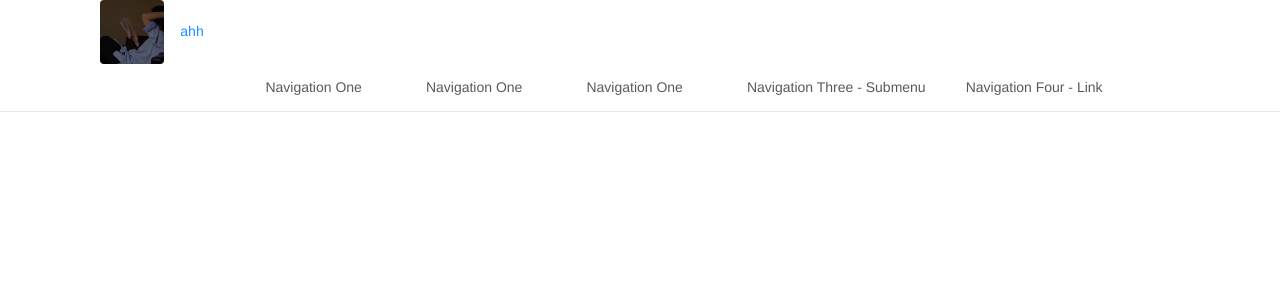
Repository: GitDjAr/blog
Page: / (app in myblog/)
The author's editor kept a copy of each file at every save. The page is drawn from the files as they stood at one save, then again after the next save.
The browser window is 1280 px wide. The pictures show the whole page.
The project was rebuilt for these pictures with package versions that can differ from the ones it lists, and the page was loaded fresh each time. Also part of the build but not shown: myblog/webpack.config.js. Imported but missing from the stored project, and not drawn on this page: myblog/src/store/getters.

Above is the page before, as saved 2020-12-27 16:48:18.

After the next save:
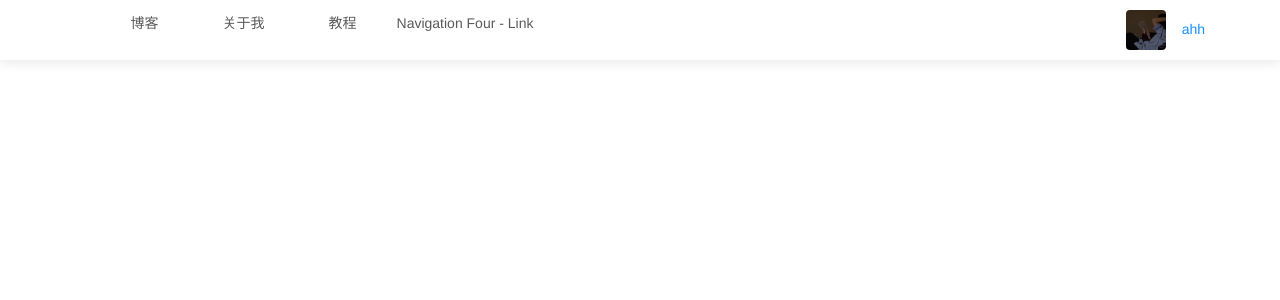
Saved 2 h 8 min later.
--- a/myblog/src/views/header/header.vue
+++ b/myblog/src/views/header/header.vue
@@ -1,26 +1,23 @@
 <!--  -->
 <template>
 <div class="header-x">
-  <a-row>
-    <a-col :span="6" xl='0'>
-      <a-avatar shape="square" :src='userimg' :size="64" icon="user" />
-      <a-button type="link">
-      {{name}}
-      </a-button>
-    </a-col>
-    <a-col :span="12" :offset='6' :xl='{offset:0,span:24}' >
-      <a-menu v-model="current" mode="horizontal">
-        <a-menu-item key="blog"> <a-icon type="mail" /></a-menu-item>
-        <a-menu-item key="mail"> <a-icon type="mail" />Navigation One </a-menu-item>
-        <a-menu-item key="mail"> <a-icon type="mail" />Navigation One </a-menu-item>
-        <a-menu-item key="mail"> <a-icon type="mail" />Navigation One </a-menu-item>
+  <a-row align='middle' type='flex' justify='space-between'>
+    <a-col
+    :lg="{span:'12'}"
+    span='2'
+    class="ul_flat"
+    >
+      <a-menu v-model="current" mode="horizontal"
+      @click='titleClick '>
+        <a-menu-item key="index"> <a-icon type="mail" />博客</a-menu-item>
+        <a-menu-item key="about"> <a-icon type="mail" />关于我</a-menu-item>
         <a-sub-menu>
           <span slot="title" class="submenu-title-wrapper"
-            ><a-icon type="setting" />Navigation Three - Submenu</span
+            ><a-icon type="setting" />教程</span
           >
           <a-menu-item-group title="Item 1">
             <a-menu-item key="setting:1">
-              Option 1
+              笔记
             </a-menu-item>
             <a-menu-item key="setting:2">
               Option 2
@@ -42,6 +39,16 @@
         </a-menu-item>
       </a-menu>
     </a-col>
+
+    <a-col lg='6' :span="4"  >
+        <a-icon type="fullscreen"
+          @click="阿"
+          v-if="isicon"/>
+      <a-avatar shape="square" :src='userimg' :size="40" icon="user" />
+      <a-button type="link">
+      {{name}}
+      </a-button>
+    </a-col>
   </a-row>
 </div>
 </template>
@@ -56,7 +63,9 @@ export default {
   data () {
     return {
       userimg:userimg,
-      name:'ahh'
+      name:'ahh',
+      isicon:'',
+      current: ['mail'],
     };
   },
 
@@ -65,19 +74,22 @@ export default {
 },
 
   watch: {
-
 },
 
   computed: {
-
 },
 
   methods: {
+    titleClick (e){
+      this.$router.push({
+        path:e.key
+      })
+    },
 
 },
 
   mounted(){
-
+    window.addEventListener('resize',this.bodysize,false)
 },
 }
 
@@ -85,7 +97,21 @@ export default {
 <style scoped lang='scss'>
 .header-x{
   position: fixed;
+  z-index: 100;
+  box-shadow: 0 2px 12px 0 rgba(0, 0, 0, 0.1);
   height: 60px;
   width: 100%;
+  .ant-menu-root {
+    border:none
+  }
+  .ant-menu-horizontal{
+    box-sizing: border-box;
+    border:none
+    .ant-menu-item{
+      line-height: 60px;
+      height: 60px;
+    }
+    height: 60px;
+  }
 }
 </style>
